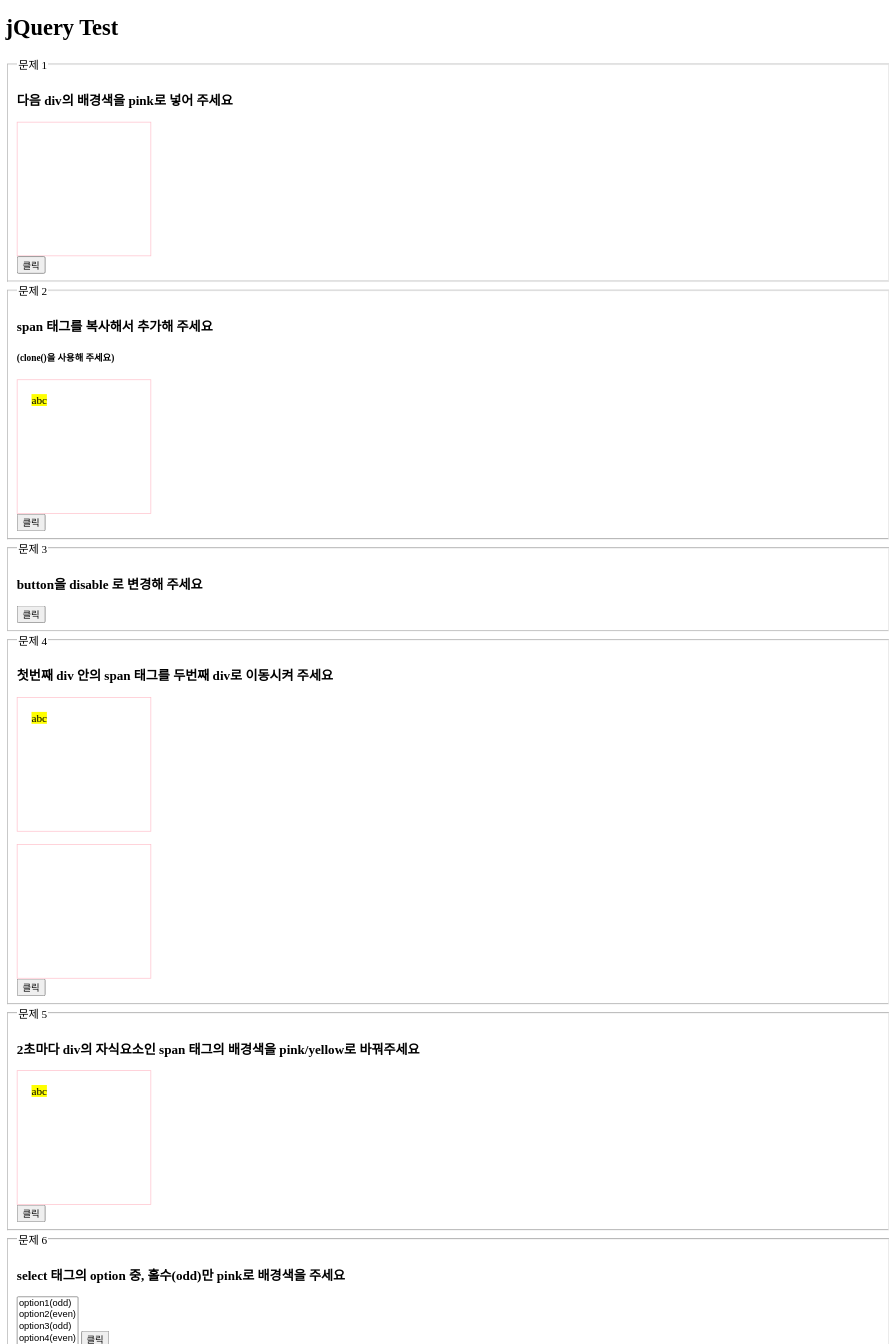
Repository: happyeon/Study_UI
Page: suyeon/WebContent/jqueryTest02.html
These files come from the project's save history. The page is drawn as it stood at one moment and after the next save; the edit follows.
The browser window is 1280 px wide. The pictures show the part of the page from y = 0 to 1920 px (the page is 3082 px tall before and 2716 px after), at 70% of full size.
Some web libraries are served in a nearby version.

Above is the page before, as saved 2021-06-17 10:31:03.

After the next save:
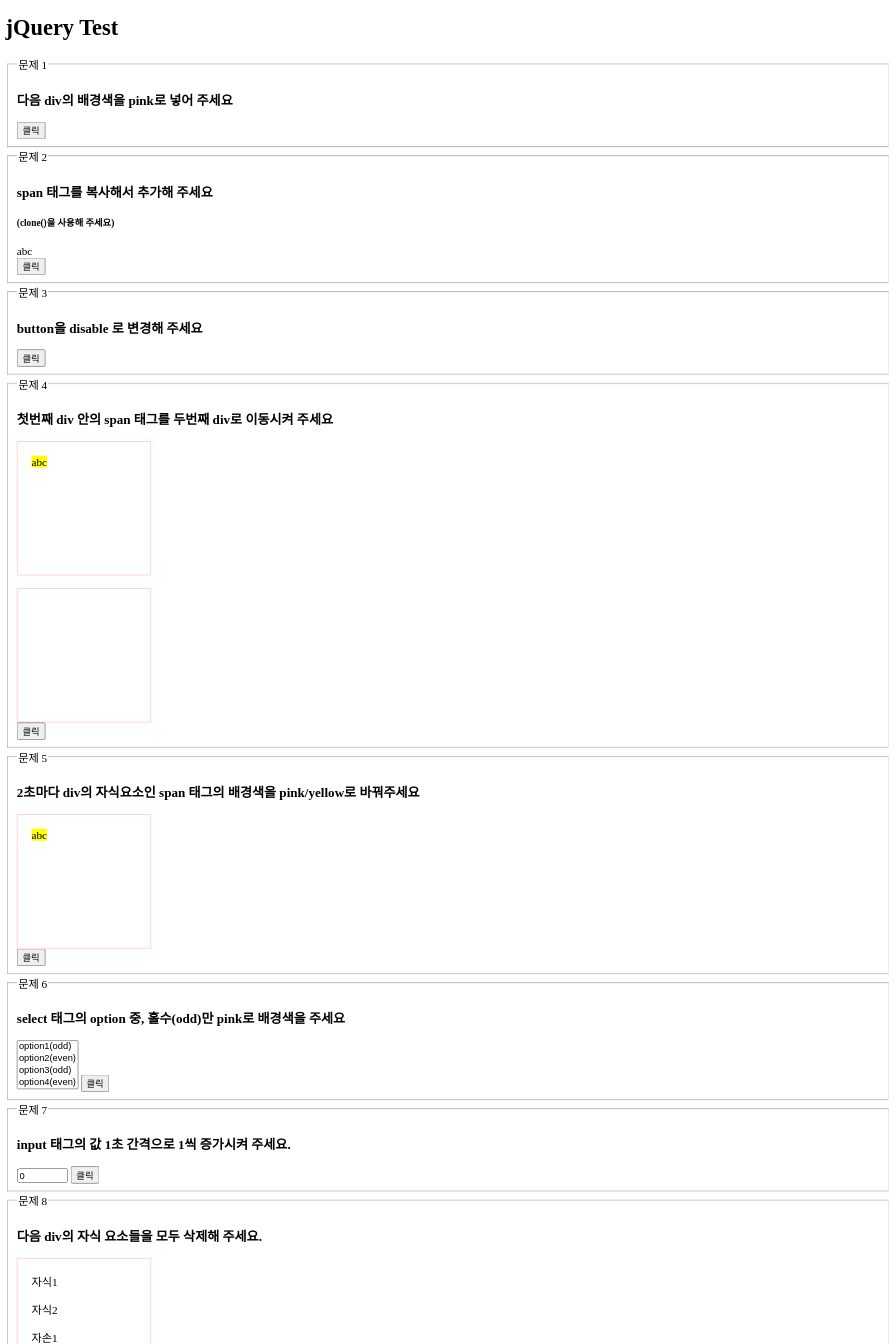
Saved 3 min 10 s later.
--- a/suyeon/WebContent/jqueryTest02.html
+++ b/suyeon/WebContent/jqueryTest02.html
@@ -42,11 +42,11 @@
 <script type="text/javascript">
 
 	function test01() {
-		$(".box").css("background-color","pink");
+		$(".box1").css("background-color","pink");
 	}
 
 	function test02() {
-		$(".bgSpan").clone().appendTo($(".box"));
+		$(".bgSpan1").clone().appendTo($(".box2"));
 	}
 
 	function test03(){
@@ -68,7 +68,7 @@
 	<fieldset>
 		<legend>문제 1</legend>
 		<h3>다음 div의 배경색을 pink로 넣어 주세요</h3>
-		<div class="box"></div>
+		<div class="box1"></div>
 		<button onclick="test01();">클릭</button>
 	</fieldset>
 
@@ -76,8 +76,8 @@
 		<legend>문제 2</legend>
 		<h3>span 태그를 복사해서 추가해 주세요</h3>
 		<h5>(clone()을 사용해 주세요)</h5>
-		<div class="box">
-			<span class="bgSpan">abc</span>
+		<div class="box2">
+			<span class="bgSpan1">abc</span>
 		</div>
 		<button onclick="test02();">클릭</button>
 	</fieldset>

After the save that followed:
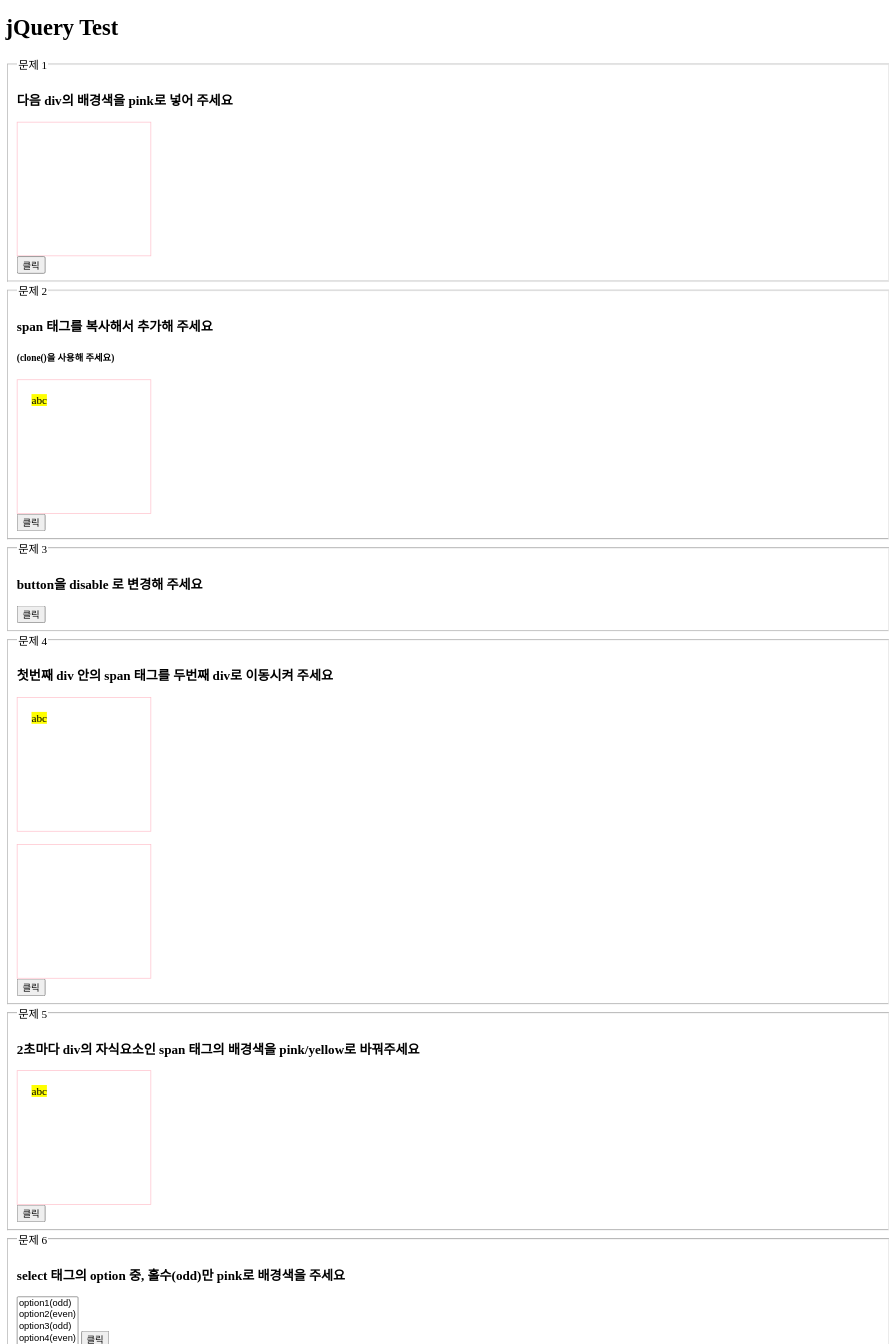
Saved 31 s later.
--- a/suyeon/WebContent/jqueryTest02.html
+++ b/suyeon/WebContent/jqueryTest02.html
@@ -42,11 +42,11 @@
 <script type="text/javascript">
 
 	function test01() {
-		$(".box1").css("background-color","pink");
+		$(".box").css("background-color","pink");
 	}
 
 	function test02() {
-		$(".bgSpan1").clone().appendTo($(".box2"));
+		$(".bgSpan").clone().appendTo($(".box"));
 	}
 
 	function test03(){
@@ -68,7 +68,7 @@
 	<fieldset>
 		<legend>문제 1</legend>
 		<h3>다음 div의 배경색을 pink로 넣어 주세요</h3>
-		<div class="box1"></div>
+		<div class="box"></div>
 		<button onclick="test01();">클릭</button>
 	</fieldset>
 
@@ -76,8 +76,8 @@
 		<legend>문제 2</legend>
 		<h3>span 태그를 복사해서 추가해 주세요</h3>
 		<h5>(clone()을 사용해 주세요)</h5>
-		<div class="box2">
-			<span class="bgSpan1">abc</span>
+		<div class="box">
+			<span class="bgSpan">abc</span>
 		</div>
 		<button onclick="test02();">클릭</button>
 	</fieldset>
